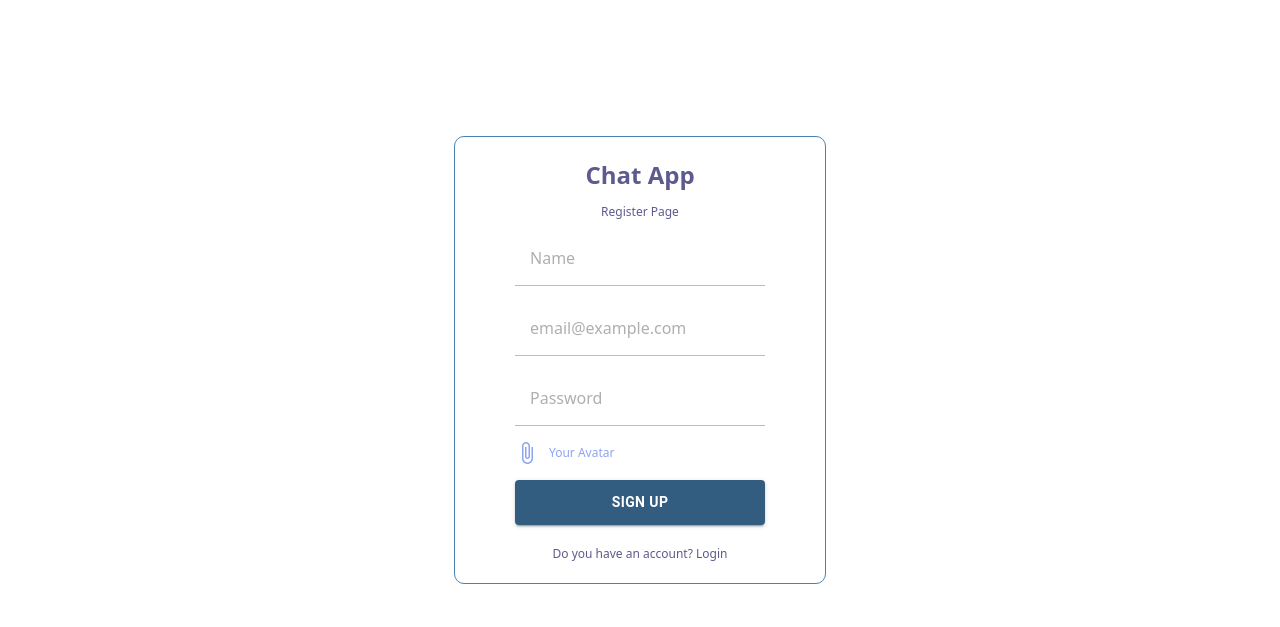
Repository: Nurlan-Bakenbaev/chat-app
Page: /register
An editor plug-in stored every save of this project. The page is shown before and after the next save, followed by the edit.
The browser window is 1280 px wide. The pictures show the whole page.
The project was rebuilt for these pictures with package versions that can differ from the ones it lists, and the page was loaded fresh each time. Also part of the build but not shown: vite.config.js, src/components/Search.jsx, src/components/Chats.jsx, src/components/Navbar.jsx, src/components/SideBar.jsx, src/components/Message.jsx, src/components/Messages.jsx, src/components/Input.jsx and 2 more. Imported but missing from the stored project, and not drawn on this page: src/pages/Login.

Above is the page before, as saved 2023-08-23 19:49:38.

After the next save:
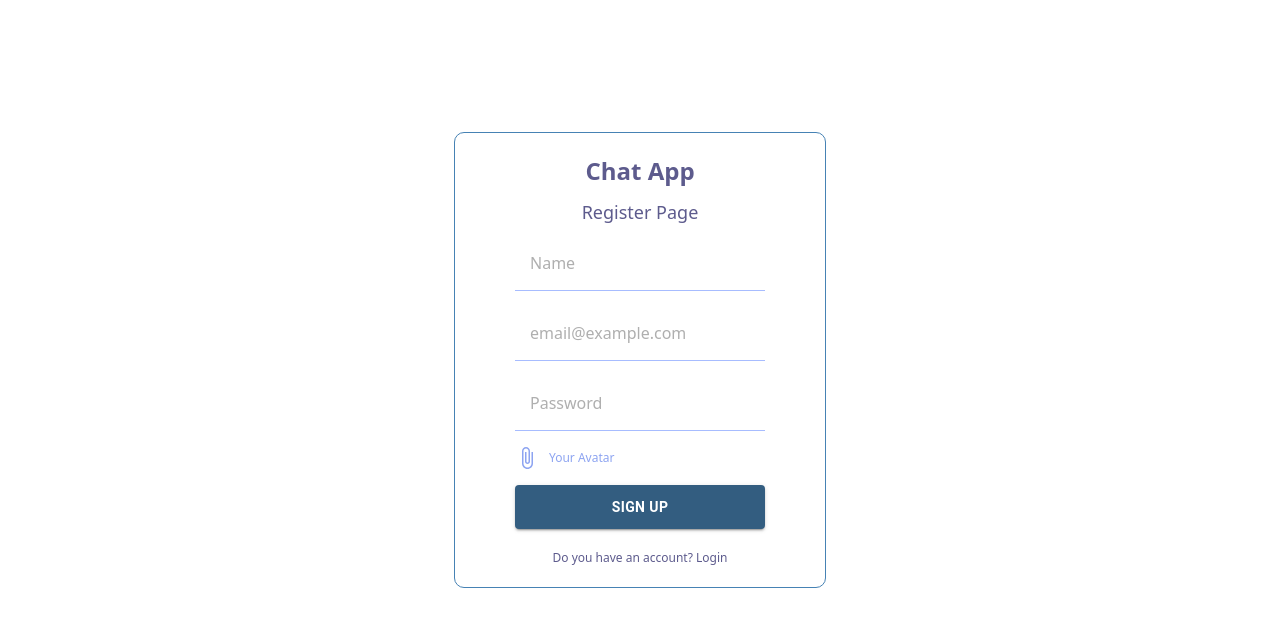
Saved 25 s later.
--- a/src/style.scss
+++ b/src/style.scss
@@ -39,7 +39,7 @@
 
     .title {
       color: #5d5b8d;
-      font-size: 12px;
+      font-size: 18px;
     }
 
     form {
